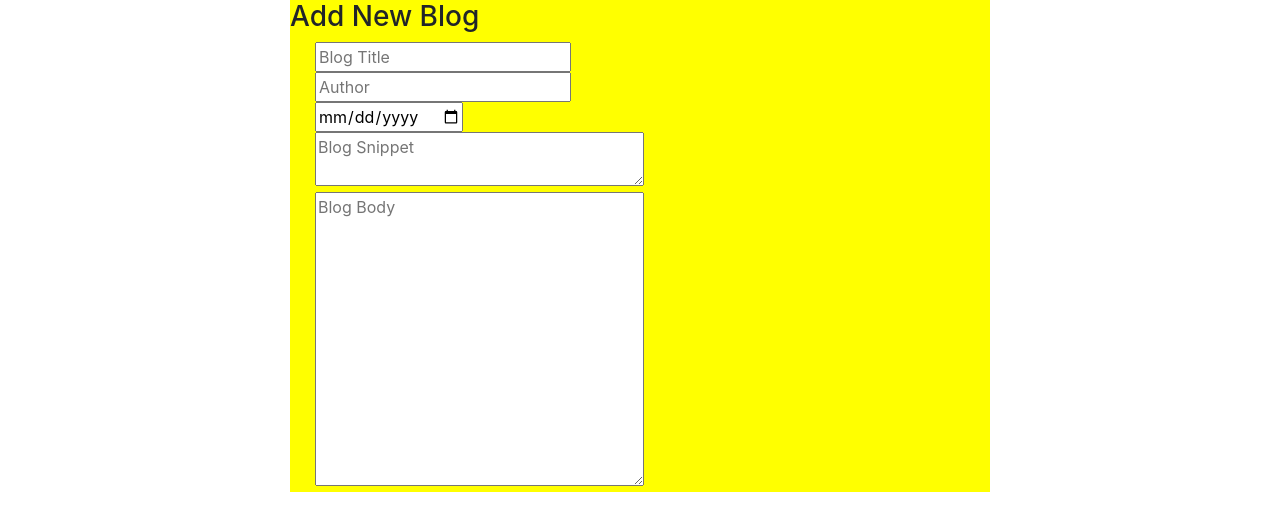
Repository: just-mann/just-blog
Page: http://localhost/add-blog
An editor plug-in stored every save of this project. The page is shown before and after the next save, followed by the edit.
The browser window is 1280 px wide. The pictures show the whole page.
The page is served by the project's Node server (index.js).

Above is the page before, as saved 2022-01-29 12:31:49.

After the next save:
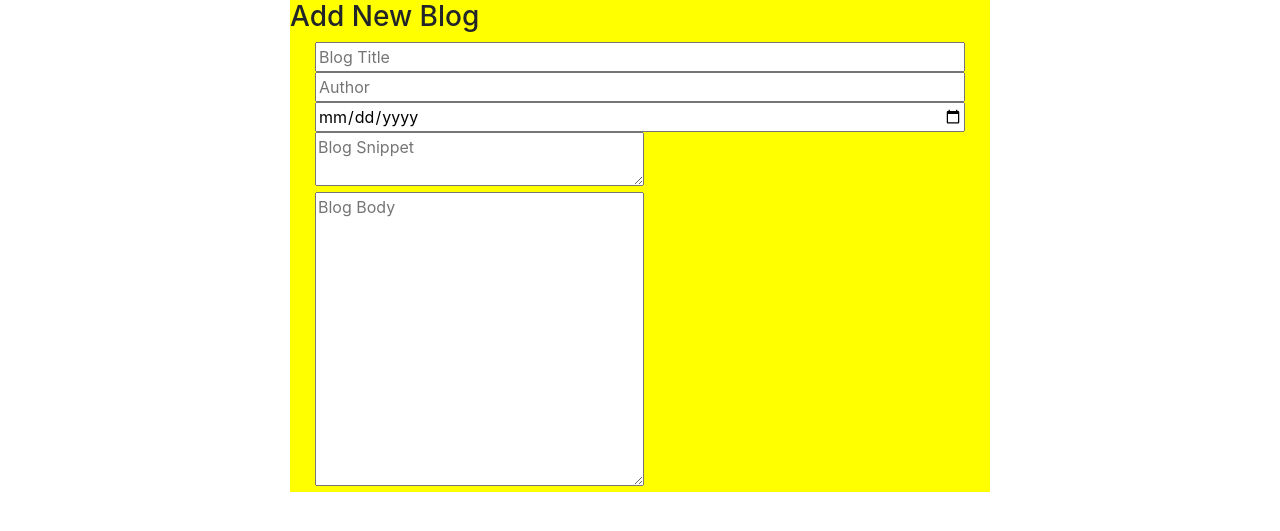
Saved 27 s later.
--- a/public/app.css
+++ b/public/app.css
@@ -14,3 +14,7 @@ form {
 form div {
     width: 100%;
 }
+
+form div input {
+    width: 100%;
+}
